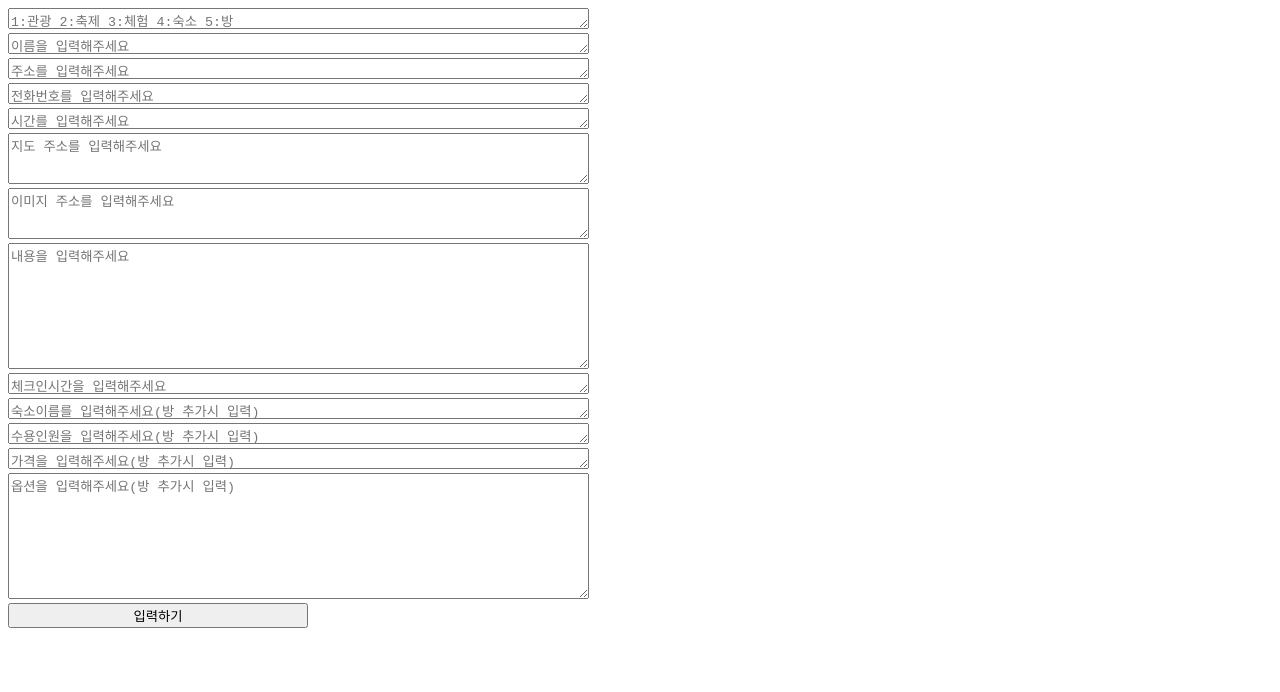
Repository: jaehunjeong4103/WebProject
Page: http://localhost/Web/view/admin_insert
The author's editor kept a copy of each file at every save. The page is drawn from the files as they stood at one save, then again after the next save.
The browser window is 1280 px wide. The pictures show the whole page.
The page is served by Tomcat 9. Other server files are loaded and not shown.

Above is the page before, as saved 2023-06-06 01:47:18.

### Web/src/main/webapp/WEB-INF/view/admin_insert.jsp
<%@ page language="java" contentType="text/html; charset=UTF-8"
    pageEncoding="UTF-8"%>
<%@ taglib prefix="c" uri="http://java.sun.com/jsp/jstl/core" %>
<!DOCTYPE html>
<html>
<head>
<link href="../css/admin.css?after" type="text/css" rel="stylesheet" />
<meta charset="UTF-8">
<title>Insert title here</title>
</head>
<body>
	<form action="admin_insert" method="post">
		<textarea rows="1" cols="70" name="group_id" placeholder="1:관광 2:축제 3:체험 4:숙소 5:방"></textarea><br>
		<textarea rows="1" cols="70" name="name" placeholder="이름을 입력해주세요"></textarea><br>
		<textarea rows="1" cols="70" name="address" placeholder="주소를 입력해주세요"></textarea><br>
		<textarea rows="1" cols="70" name="phone" placeholder="전화번호를 입력해주세요"></textarea><br>
		<textarea rows="1" cols="70" name="op_cl" placeholder="시간를 입력해주세요"></textarea><br>
		<textarea rows="3" cols="70" name="map_path" placeholder="지도 주소를 입력해주세요"></textarea><br>
		<textarea rows="3" cols="70" name="image_path" placeholder="이미지 주소를 입력해주세요"></textarea><br>
		<textarea rows="8" cols="70" name="content" placeholder="내용을 입력해주세요"></textarea><br>
		<textarea rows="1" cols="70" name="check_in" placeholder="체크인시간을 입력해주세요"></textarea><br>
		<textarea rows="1" cols="70" name="stay_name" placeholder="숙소이름를 입력해주세요(방 추가시 입력)"></textarea><br>
		<textarea rows="1" cols="70" name="max_person" placeholder="수용인원을 입력해주세요(방 추가시 입력)"></textarea><br>
		<textarea rows="1" cols="70" name="price" placeholder="가격을 입력해주세요(방 추가시 입력)"></textarea><br>
		<textarea rows="8" cols="70" name="option" placeholder="옵션을 입력해주세요(방 추가시 입력)"></textarea><br>
		<!--
		<input type="text" name="group_id" placeholder="1:관광 2:축제 3:체험 4:숙소 5:방"><br>
		<input type="text" name="name" placeholder="이름을 입력해주세요"><br>
		<input type="text" name="address" placeholder="주소를 입력해주세요"><br>
		<input type="text" name="phone" placeholder="전화번호를 입력해주세요"><br>
		<input type="text" name="op_cl" placeholder="시간를 입력해주세요"><br>
		<input type="text" name="map_path" placeholder="지도 주소를 입력해주세요"><br>
		<input type="text" name="image_path" placeholder="이미지 주소를 입력해주세요"><br>
		<input type="text" name="content" placeholder="내용을 입력해주세요"><br>
		<input type="text" name="check_in" placeholder="체크인시간을 입력해주세요"><br>
		<input type="text" name="stay_name" placeholder="숙소이름를 입력해주세요"><br>
		<input type="text" name="max_person" placeholder="수용인원을 입력해주세요"><br>
		<input type="text" name="price" placeholder="가격을 입력해주세요" ><br>
		<input type="text" name="option" placeholder="옵션을 입력해주세요"><br>
		 -->
		<input type="submit" value="입력하기">
	</form>
</body>
</html>

### Web/src/main/java/controller/Admin_insert_controller.java
package controller;

import java.io.IOException;

import javax.servlet.ServletException;
import javax.servlet.annotation.WebServlet;
import javax.servlet.http.HttpServlet;
import javax.servlet.http.HttpServletRequest;
import javax.servlet.http.HttpServletResponse;

import entity.Room;
import entity.Stay;
import entity.Tour;
import service.RoomService;
import service.StayService;
import service.TourService;

@WebServlet("/view/admin_insert")
public class Admin_insert_controller extends HttpServlet{
	@Override
	protected void doGet(HttpServletRequest request, HttpServletResponse response) throws ServletException, IOException {
		request.getRequestDispatcher("/WEB-INF/view/admin_insert.jsp").forward(request, response);
	}

	@Override
	protected void doPost(HttpServletRequest request, HttpServletResponse response) throws ServletException, IOException {

		request.setCharacterEncoding("UTF-8");
		int result;

		String group_id_ = request.getParameter("group_id");
		String name_ = request.getParameter("name");
		String address_ = request.getParameter("address");
		String phone_ = request.getParameter("phone");
		String op_cl_ = request.getParameter("op_cl");
		String map_path_ = request.getParameter("map_path");
		String image_path_ = request.getParameter("image_path");
		String content_ = request.getParameter("content");
		String check_in_ = request.getParameter("check_in");
		String stay_name_ = request.getParameter("stay_id");
		String max_person_ = request.getParameter("max_person");
		String price_ = request.getParameter("price");
		String option_ = request.getParameter("option");

		int group_id = 0;
		String name= "이름";
		String address = "주소";
		String phone = "전화번호";
		String op_cl = "기간";
		String map_path = "지도 주소";
		String image_path = "이미지주소";
		String content = "내용";
		String check_in = "체크인 시간";
		String stay_name = "숙소이름";
		int max_person = 0;
		String price = "가격";
		String option = "방옵션";

		if(group_id_ != null && !group_id_.equals("")) {
			group_id = Integer.parseInt(group_id_);
		}
		if(name_ != null && !name_.equals("")) {
			name = name_;
		}
		if(address_ != null && !address_.equals("")) {
			address = address_;
		}
		if(phone_ != null && !phone_.equals("")) {
			phone = phone_;
		}
		if(op_cl_ != null && !op_cl_.equals("")) {
			op_cl = op_cl_;
		}
		if(map_path_ != null && !map_path_.equals("")) {
			map_path = map_path_;
		}
		if(image_path_ != null && !image_path_.equals("")) {
			image_path = image_path_;
		}
		if(content_ != null && !content_.equals("")) {
			content = content_;
		}
		if(check_in_ != null && !check_in_.equals("")) {
			check_in = check_in_;
		}
		if(stay_name_ != null && !stay_name_.equals("")) {
			stay_name = stay_name_;
		}
		if(max_person_ != null && !max_person_.equals("")) {
			max_person = Integer.parseInt(max_person_);
		}
		if(price_ != null && !price_.equals("")) {
			price = price_;
		}
		if(option_ != null && !option_.equals("")) {
			option = option_;
		}


		switch (group_id) {
			case 1:
				Tour tour = new Tour();
				tour.setName(name);
				tour.setAddress(address);
				tour.setPhone(phone);
				tour.setOp_cl(op_cl);
				tour.setContent(content);
				tour.setMap_path(map_path);
				tour.setImage_path(image_path);

				TourService tour_service = new TourService();
				result = tour_service.insertTour(tour);
				break;
			case 2:
				break;
			case 3:
				break;
			case 4:
				Stay stay = new Stay();
				stay.setName(name);
				stay.setAddress(address);
				stay.setPhone(phone);
				stay.setCheck_in(check_in);
				stay.setMap_path(map_path);
				stay.setImage_path(image_path);

				StayService stay_service = new StayService();
				result = stay_service.insertStay(stay);
				break;
			case 5:
				Room room = new Room();
				room.setName(name);
				room.setStay_name(stay_name);
				room.setMax_person(max_person);
				room.setPrice(price);
				room.setOption(option);
				room.setImage_path(image_path);

				RoomService room_service = new RoomService();
				result = room_service.insertRoom(room);
				break;

		}
		response.sendRedirect("/view/admin_insert");
	}
}

### Web/src/main/webapp/css/admin.css
@charset "UTF-8";

input {
	width: 300px;
}

After the next save:
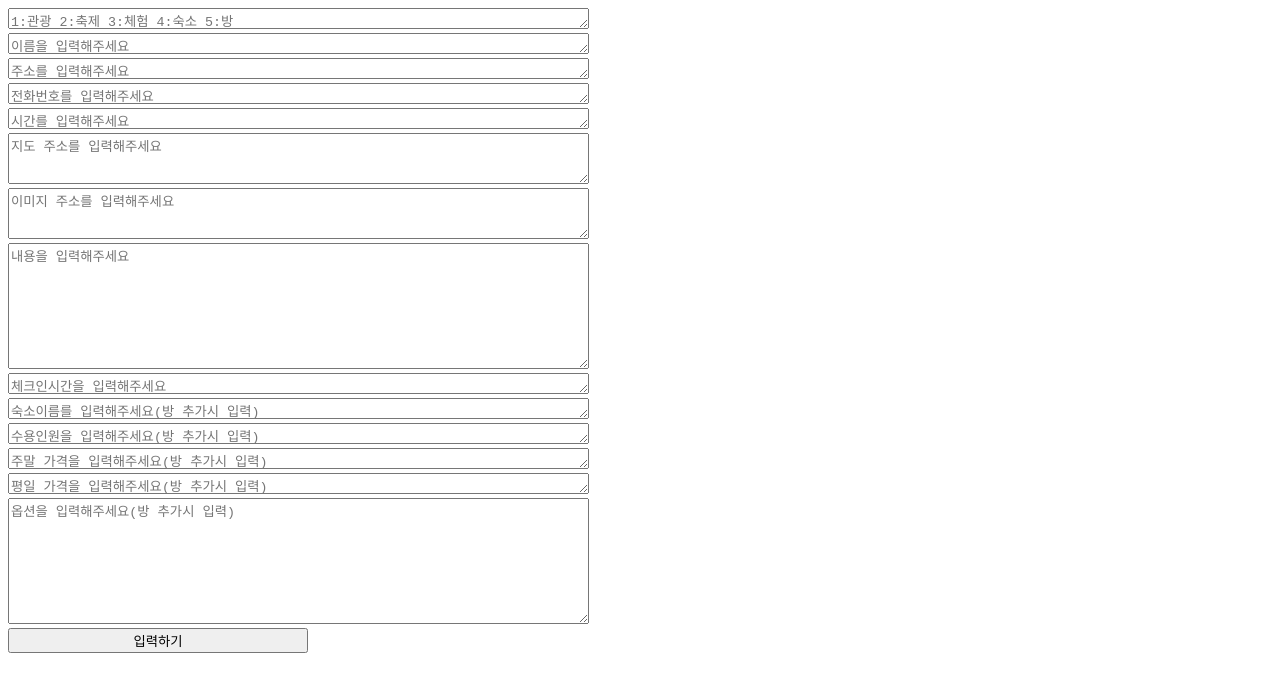
Saved 92 s later.
--- a/Web/src/main/webapp/WEB-INF/view/admin_insert.jsp
+++ b/Web/src/main/webapp/WEB-INF/view/admin_insert.jsp
@@ -21,7 +21,8 @@
 		<textarea rows="1" cols="70" name="check_in" placeholder="체크인시간을 입력해주세요"></textarea><br>
 		<textarea rows="1" cols="70" name="stay_name" placeholder="숙소이름를 입력해주세요(방 추가시 입력)"></textarea><br>
 		<textarea rows="1" cols="70" name="max_person" placeholder="수용인원을 입력해주세요(방 추가시 입력)"></textarea><br>
-		<textarea rows="1" cols="70" name="price" placeholder="가격을 입력해주세요(방 추가시 입력)"></textarea><br>
+		<textarea rows="1" cols="70" name="price" placeholder="주말 가격을 입력해주세요(방 추가시 입력)"></textarea><br>
+		<textarea rows="1" cols="70" name="price" placeholder="평일 가격을 입력해주세요(방 추가시 입력)"></textarea><br>
 		<textarea rows="8" cols="70" name="option" placeholder="옵션을 입력해주세요(방 추가시 입력)"></textarea><br>
 		<!--
 		<input type="text" name="group_id" placeholder="1:관광 2:축제 3:체험 4:숙소 5:방"><br>
